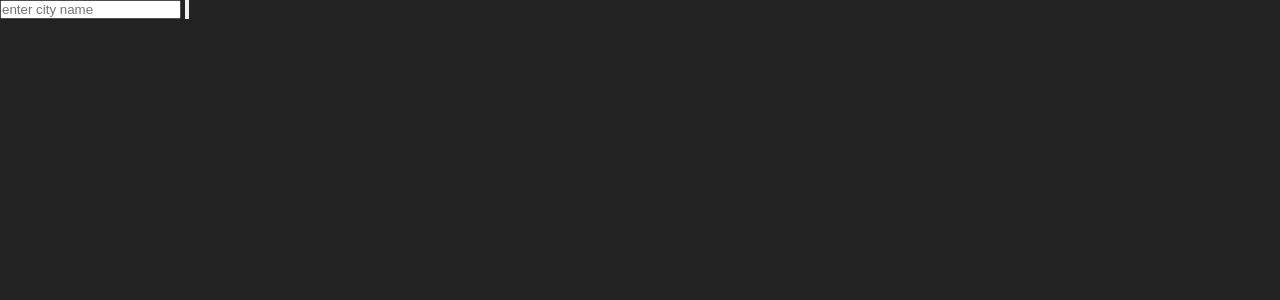
Repository: Alphosmart/weather
Page: index.html
The author's editor kept a copy of each file at every save. The page is drawn from the files as they stood at one save, then again after the next save.
The browser window is 1280 px wide. The pictures show the whole page.

Above is the page before, as saved 2024-07-17 16:20:19.

### index.html
<!DOCTYPE html>
<html lang="en">
  <head>
    <meta charset="UTF-8" />
    <meta name="viewport" content="width=device-width, initial-scale=1.0" />
    <title>Weather App</title>
    <link rel="stylesheet" href="style.css" />
  </head>
  <body>
    <div class="card">
      <div class="search">
        <input type="text" placeholder="enter city name" spellcheck="false" />
        <button><img src="" alt="" /></button>
      </div>
    </div>
  </body>
</html>

### style.css
* {
  margin: 0;
  padding: 0;
  font-family: 'poppins', sans-serif;
  box-sizing: border-box;
}

body {
  background-color: #222;
}

After the next save:
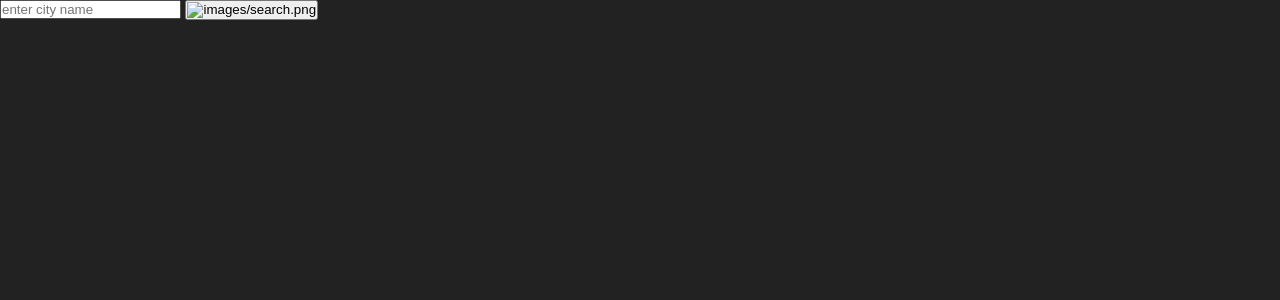
Saved 17 s later.
--- a/index.html
+++ b/index.html
@@ -10,7 +10,7 @@
     <div class="card">
       <div class="search">
         <input type="text" placeholder="enter city name" spellcheck="false" />
-        <button><img src="" alt="" /></button>
+        <button><img src="" alt="images/search.png" /></button>
       </div>
     </div>
   </body>
